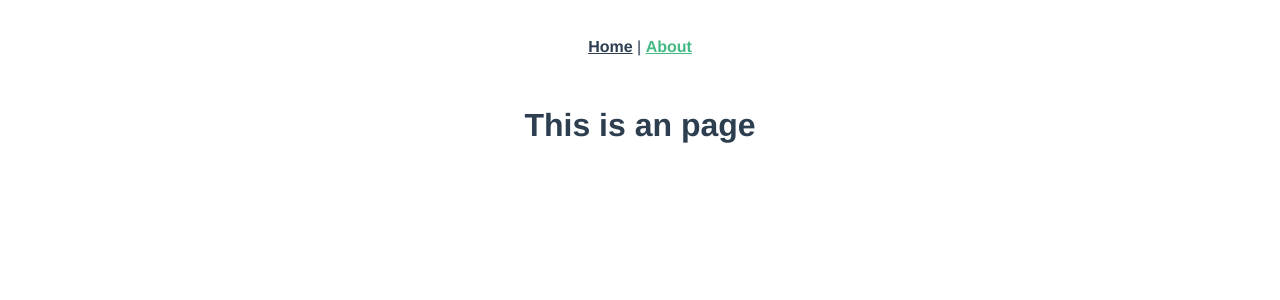
Repository: cesartomedes/frontacademico
Page: /#/about
These files come from the project's save history. The page is drawn as it stood at one moment and after the next save; the edit follows.
The browser window is 1280 px wide. The pictures show the whole page.
The project was rebuilt for these pictures with package versions that can differ from the ones it lists, and the page was loaded fresh each time. Also part of the build but not shown: vue.config.js, src/components/HelloWorld.vue, src/views/HomeView.vue.

Above is the page before, as saved 2023-10-24 14:44:48.

After the next save:
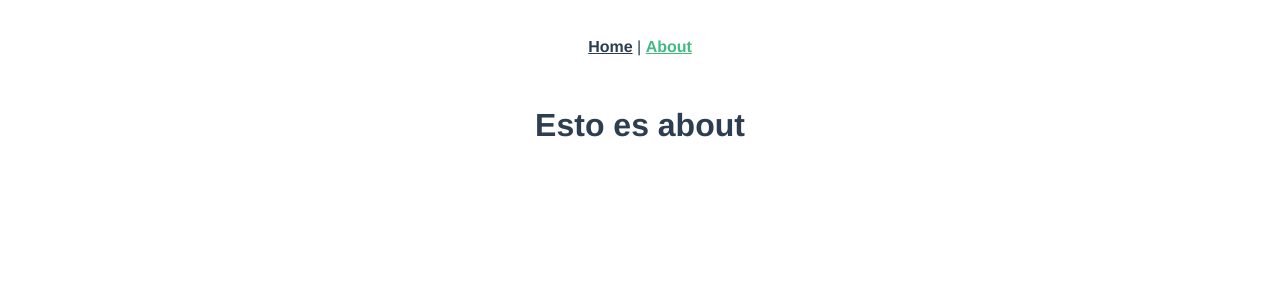
Saved 6 s later.
--- a/src/views/AboutView.vue
+++ b/src/views/AboutView.vue
@@ -1,5 +1,5 @@
 <template>
   <div class="about">
-    <h1>This is an  page</h1>
+    <h1>Esto es about</h1>
   </div>
 </template>
